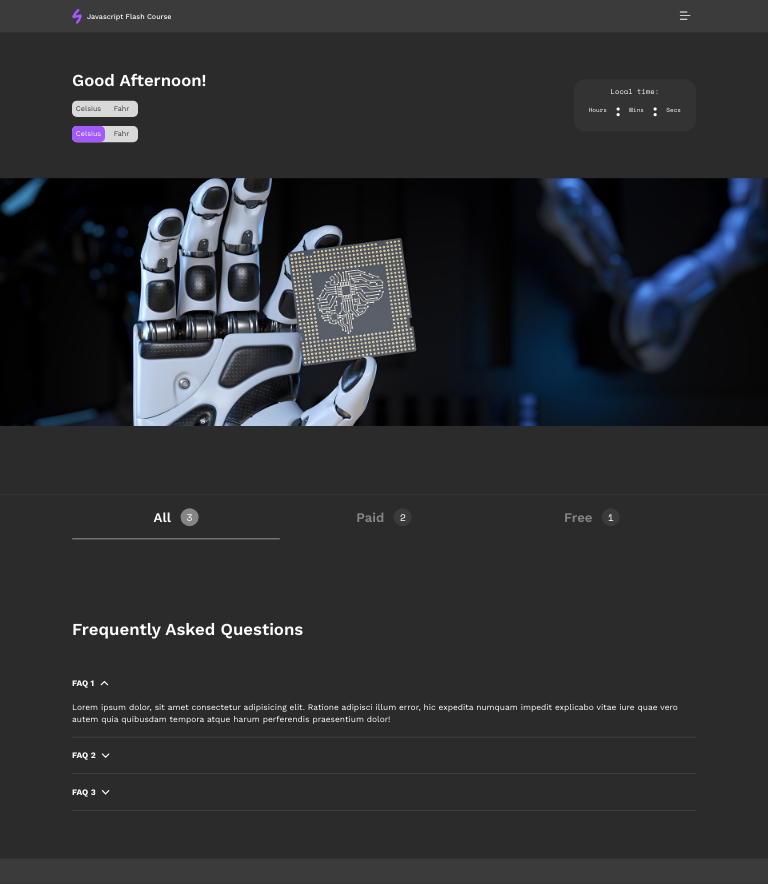
Repository: GettieSirma/JAVASCRIPT-TEST
Page: index.html
These files come from the project's save history. The page is drawn as it stood at one moment and after a run of saves; the edit follows.
The browser window is 1280 px wide. The pictures show the whole page, at 60% of full size.

Above is the page before, as saved 2024-04-26 10:57:51.
Console error: SyntaxError: Unexpected token '}'

### index.html
<!DOCTYPE html>
<html lang="en">

<head>
    <meta charset="UTF-8" />
    <meta http-equiv="X-UA-Compatible" content="IE=edge" />
    <meta name="viewport" content="width=device-width, initial-scale=1.0" />
    <title>Javascript Flash Course</title>
    <link rel="stylesheet" href="./main.css" />
    <link rel="preconnect" href="https://fonts.googleapis.com" />
    <link rel="preconnect" href="https://fonts.gstatic.com" crossorigin />
    <link href="https://fonts.googleapis.com/css2?family=Space+Mono:ital,wght@0,400;0,700;1,400;1,700&family=Work+Sans:ital,wght@0,100;0,200;0,300;0,400;0,500;0,600;0,700;0,800;0,900;1,100;1,200;1,300;1,400;1,500;1,600;1,700;1,800;1,900&display=swap" rel="stylesheet"
    />
</head>

<body>
    <header>
        <nav class="container">
            <div class="nav-left-side">
                <svg width="17" height="26" viewBox="0 0 17 26" fill="none" xmlns="http://www.w3.org/2000/svg">
                    <path
                        d="M10.309 2.90741C10.309 2.90741 4.29997 8.73841 2.526 13.9214C2.40313 14.2804 2.73267 14.6124 3.10045 14.5192L13.2394 11.9481C13.9358 11.7715 14.5723 12.3638 14.368 13.0525C12.9552 17.8149 8.62911 23.5897 8.62911 23.5897"
                        stroke="#A259FF" stroke-width="4" stroke-linecap="round" stroke-linejoin="round" />
                </svg>

                <a href="/">Javascript Flash Course</a>
            </div>

            <button id="open-nav-menu">
                <svg
                    width="24"
                    height="24"
                    viewBox="0 0 24 24"
                    fill="none"
                    xmlns="http://www.w3.org/2000/svg"
                >
                    <path
                        fill-rule="evenodd"
                        clip-rule="evenodd"
                        d="M3 12C3 11.5858 3.33579 11.25 3.75 11.25H20.25C20.6642 11.25 21 11.5858 21 12C21 12.4142 20.6642 12.75 20.25 12.75H3.75C3.33579 12.75 3 12.4142 3 12Z"
                        fill="white"
                    />
                    <path
                        fill-rule="evenodd"
                        clip-rule="evenodd"
                        d="M3 6C3 5.58579 3.33579 5.25 3.75 5.25H15C15.4142 5.25 15.75 5.58579 15.75 6C15.75 6.41421 15.4142 6.75 15 6.75H3.75C3.33579 6.75 3 6.41421 3 6Z"
                        fill="white"
                    />
                    <path
                        fill-rule="evenodd"
                        clip-rule="evenodd"
                        d="M3 18C3 17.5858 3.33579 17.25 3.75 17.25H15C15.4142 17.25 15.75 17.5858 15.75 18C15.75 18.4142 15.4142 18.75 15 18.75H3.75C3.33579 18.75 3 18.4142 3 18Z"
                        fill="white"
                    />
                </svg>
            </button>

            <div class="wrapper">
                <ul>
                    <li>
                        <button id="close-nav-menu">
                            <svg
                                width="47"
                                height="47"
                                viewBox="0 0 47 47"
                                fill="none"
                                xmlns="http://www.w3.org/2000/svg"
                            >
                                <path
                                    d="M11.7505 11.7495L35.2505 35.2495"
                                    stroke="#A259FF"
                                    stroke-width="6"
                                />
                                <path
                                    d="M35.2502 11.7502L11.7502 35.2502"
                                    stroke="#A259FF"
                                    stroke-width="6"
                                />
                            </svg>
                        </button>
                    </li>
                    <li><a href="#home">Home</a></li>
                    <li><a href="#gallery">Gallery</a></li>
                    <li><a href="#products">Products</a></li>
                    <li><a href="#faqs">FAQs</a></li>
                    <li class="socials">
                        <p>Join our community</p>

                        <div>
                            <a href="#">
                                <img src="./assets/socials/DiscordLogo.png" alt="Discord logo" />
                            </a>
                            <a href="#">
                                <img src="./assets/socials/YoutubeLogo.png" alt="Youtube logo" />
                            </a>
                            <a href="#">
                                <img src="./assets/socials/TwitterLogo.png" alt="Twitter logo" />
                            </a>
                            <a href="#">
                                <img src="./assets/socials/InstagramLogo.png" alt="Instagram logo" />
                            </a>
                        </div>
                    </li>
                </ul>
            </div>
        </nav>
    </header>

    <main>
        <section id="home" class="container greeting-section">
            <div class="left-side">
                <h1 id="greeting">Good Afternoon!</h1>
                <div id="weather"></div>

                <div class="weather-group">
                    <input type="radio" checked="true" id="celsius" name="temperature" />
                    <label for="celsius">Celsius</label>
                    <input type="radio" id="fahr" name="temperature" />
                    <label for="fahr">Fahr</label>
                </div>
                <div class="weather-group">
                    <input type="radio" checked="true" id="celsius" name="temperature" />
                    <label for="celsius">Celsius</label>
                    <input type="radio" id="fahr" name="temperature" />
                    <label for="fahr">Fahr</label>
                </div>
            </div>

            <div class="right-side">
                <p>Local time:</p>
                <div class="local-time">
                    <div class="time-holder">
                        <span data-time="hours" class="time-number"></span>
                        <span class="time-letter">Hours</span>
                    </div>
                    <span class="time-divider">:</span>
                    <div class="time-holder">
                        <span data-time="minutes" class="time-number"></span>
                        <span class="time-letter">mins</span>
                    </div>
                    <span class="time-divider">:</span>
                    <div class="time-holder">
                        <span data-time="seconds" class="time-number"></span>
                        <span class="time-letter">secs</span>
                    </div>
                </div>
            </div>
        </section>

        <section id="gallery" class="gallery-section">
            <img src="assets/gallery/image1.jpg " alt="" />

            <div class="thumbnails">

            </div>
        </section>

        <section id="products" class="container products-section">
            <div class="products-filter">
                <input type="radio" checked="true" id="all" name="products" />
                <label for="all">
            All
            <span class="product-amount">3</span>
          </label>
                <input type="radio" id="paid" name="products" />
                <label for="paid">

            Paid
            <span class="product-amount">2</span>
          </label>
                <input type="radio" id="free" name="products" />
                <label for="free">
            Free
            <span class="product-amount">1</span>
          </label>

                <span class="glider"></span>
            </div>

            <div class="products-area">

            </div>

        </section>

        <section id="faqs" class="container faqs-section">
            <h3>Frequently Asked Questions</h3>

            <details open>
                <summary>FAQ 1</summary>

                <p>
                    Lorem ipsum dolor, sit amet consectetur adipisicing elit. Ratione adipisci illum error, hic expedita numquam impedit explicabo vitae iure quae vero autem quia quibusdam tempora atque harum perferendis praesentium dolor!
                </p>
            </details>

            <details>
                <summary>FAQ 2</summary>

                <p>
                    Consequuntur earum pariatur dolorem repellat temporibus ducimus sunt suscipit repudiandae cupiditate in accusantium recusandae tempora sint eligendi, perferendis aspernatur architecto voluptas laborum adipisci neque voluptates consequatur.
                </p>
            </details>

            <details>
                <summary>FAQ 3</summary>

                <p>
                    Consequuntur earum pariatur dolorem repellat temporibus ducimus sunt suscipit repudiandae cupiditate in accusantium recusandae tempora sint eligendi, perferendis aspernatur architecto voluptas laborum adipisci neque voluptates consequatur.
                </p>
            </details>
        </section>
    </main>

    <footer></footer>

    <script>
        const weatherAPIKey = "f76693de5c51ceb886c717bf7cb2d979";
        const weatherAPIURL = `https://api.openweathermap.org/data/2.5/weather?lat={lat}&lon={lon}&appid={API key}&units=metric`;

        const galleryImages = [{
                src: "./assets/gallery/image1.jpg",
                alt: "Thumbnail Image 1"
            }, {
                src: "./assets/gallery/image2.jpg",
                alt: "Thumbnail Image 2"
            },

            {
                src: "./assets/gallery/image3.jpg",
                alt: "Thumbnail Image 3"
            }
        ];

        const products = [{
            title: "AstroFiction",
            author: "John Doe",
            price: 49.9,
            image: "./assets/products/img6.png"
        }, {
            title: "Space Odissey",
            author: "Marie Anne",
            price: 35,
            image: "./assets/products/img1.png"
        }, {
            title: "Doomed City",
            author: "Jason Cobert",
            price: 0,
            image: "./assets/products/img2.png"
        }, {
            title: "Black Dog",
            author: "John Doe",
            price: 85.35,
            image: "./assets/products/img3.png"
        }, {
            title: "My Little Robot",
            author: "Pedro Paulo",
            price: 0,
            image: "./assets/products/img5.png"
        }, {
            title: "Garden Girl",
            author: "Ankit Patel",
            price: 45,
            image: "./assets/products/img4.png"
        }];

        // Menu Section

        function menuHandler() {
            document.querySelector("#open-nav-menu").addEventListener("click", function() {
                document.querySelector("header nav .wrapper").classList.add("nav-open");
            });

            document.querySelector("#close-nav-menu").addEventListener("click", function() {
                document.querySelector("header nav .wrapper").classList.remove("nav-open");
            });
        }

        // Temperature Conversion

        function celsiusToFahr(temperature) {
            let fahr = (temperature * 9 / 5) + 32;
            return fahr;
        }

        // Greeting Section

        function greetingHandler() {
            let currentHour = new Date().getHours();
            let greetingText;

            if (currentHour < 12) {
                greetingText = "Good morning!";
            } else if (currentHour < 18) {
                greetingText = "Good afternoon!";
            } else {
                greetingText = "Good evening!";
            }

            document.querySelector("#greeting").textContent = greetingText;
        }

        // Call the greetingHandler function after the DOM has fully loaded
        document.addEventListener("DOMContentLoaded", function() {
            greetingHandler();
        });


        // Temperature Switch

        document.querySelector(".weather-group").addEventListener("click", function(e) {

        if (e.target.id == "celsius") {
            document.querySelector("p#weather").innerHTML = celsiusText;
        } else if (e.target.id == "fahr") {
            document.querySelector("p#weather").innerHTML = fahrText;
        }

        });

        }).catch((err => {
        document.querySelector("p#weather").innerHTML = "Unable to get the weather info. Try again later.";
        }));

        });
        }

        // Local Time Section
        function clockHandler() {
            setInterval(function() {
                let localTime = new Date();
                document.querySelector("span[data-time=hours]").textContent = localTime.getHours().toString().padStart(2, "0");
                document.querySelector("span[data-time=minutes]").textContent = localTime.getMinutes().toString().padStart(2, "0");
                document.querySelector("span[data-time=seconds]").textContent = localTime.getSeconds().toString().padStart(2, "0");
            }, 1000);
        }
        // Gallery Section

        function galleryHandler() {
            let mainImage = document.querySelector("#gallery > img");
            let thumbnails = document.querySelector("#gallery .thumbnails");

            mainImage.src = galleryImages[0].src;
            mainImage.alt = galleryImages[0].alt;

            galleryImages.forEach(function(image, index) {
                let thumb = document.createElement("img");
                thumb.src = image.src;
                thumb.alt = image.alt;
                thumb.dataset.arrayIndex = index;
                thumb.dataset.selected = index === 0 ? true : false;

                thumb.addEventListener("click", function(e) {
                    let selectedIndex = e.target.dataset.arrayIndex;
                    let selectedImage = galleryImages[selectedIndex];
                    mainImage.src = selectedImage.src;
                    mainImage.alt = selectedImage.alt;
                    thumbnails.querySelectorAll("img").forEach(function(img) {
                        img.dataset.selected = false;
                    });
                    e.target.dataset.selected = true;

                });

                thumbnails.appendChild(thumb);
            });
        }

        // Products Section

        function populateProducts(productList) {

            let productsSection = document.querySelector(".products-area");
            productsSection.textContent = "";

            // Run a loop through the products and create an HTML element ("product-item") for each of them
            productList.forEach(function(product, index) {

                // Create the HTML element for the individual product
                let productElm = document.createElement("div");
                productElm.classList.add("product-item");

                // Create the product image
                let productImage = document.createElement("img");
                productImage.src = product.image;
                productImage.alt = "Image for " + product.title;

                // Create the product details section
                let productDetails = document.createElement("div");
                productDetails.classList.add("product-details");

                // Create product title, author, price-title and price
                let productTitle = document.createElement("h3");
                productTitle.classList.add("product-title");
                productTitle.textContent = product.title;
                let productAuthor = document.createElement("p");
                productAuthor.classList.add("product-author");
                productAuthor.textContent = product.author;
                let priceTitle = document.createElement("p");
                priceTitle.classList.add("price-title");
                priceTitle.textContent = "Price";
                let productPrice = document.createElement("p");
                productPrice.classList.add("product-price");
                productPrice.textContent = product.price > 0 ? "$" + product.price.toFixed(2) : "Free";

                // Append the product details
                productDetails.append(productTitle);
                productDetails.append(productAuthor);
                productDetails.append(priceTitle);
                productDetails.append(productPrice);

                // Add all child HTML elements of the product
                productElm.append(productImage);
                productElm.append(productDetails);

                // Add complete individul product to the product section
                productsSection.append(productElm);

            });
        }

        function productsHandler() {

            let freeProducts = products.filter(item => !item.price || item.price <= 0);

            let paidProducts = products.filter(item => item.price > 0);

            populateProducts(products);

            document.querySelector(".products-filter label[for=all] span.product-amount").textContent = products.length;
            document.querySelector(".products-filter label[for=paid] span.product-amount").textContent = paidProducts.length;
            document.querySelector(".products-filter label[for=free] span.product-amount").textContent = freeProducts.length;

            let productsFilter = document.querySelector(".products-filter");

            productsFilter.addEventListener("click", function(e) {
                if (e.target.id === "all") {
                    populateProducts(products);
                } else if (e.target.id === "paid") {
                    populateProducts(paidProducts);
                } else if (e.target.id === "free") {
                    populateProducts(freeProducts);
                }
            });
        }

        function footerHandler() {
            let currentYear = new Date().getFullYear();
            document.querySelector("footer").textContent = `Ⓒ ${currentYear} - All rights reserved`;
        }




        // Page Load

        menuHandler();
        greetingHandler();
        weatherHandler();
        clockHandler();
        galleryHandler();
        productsHandler();
        footerHandler();
    </script>

</body>

</html>

Loaded but not shown: main.css (490 lines, source omitted)

After the next 2 saves:
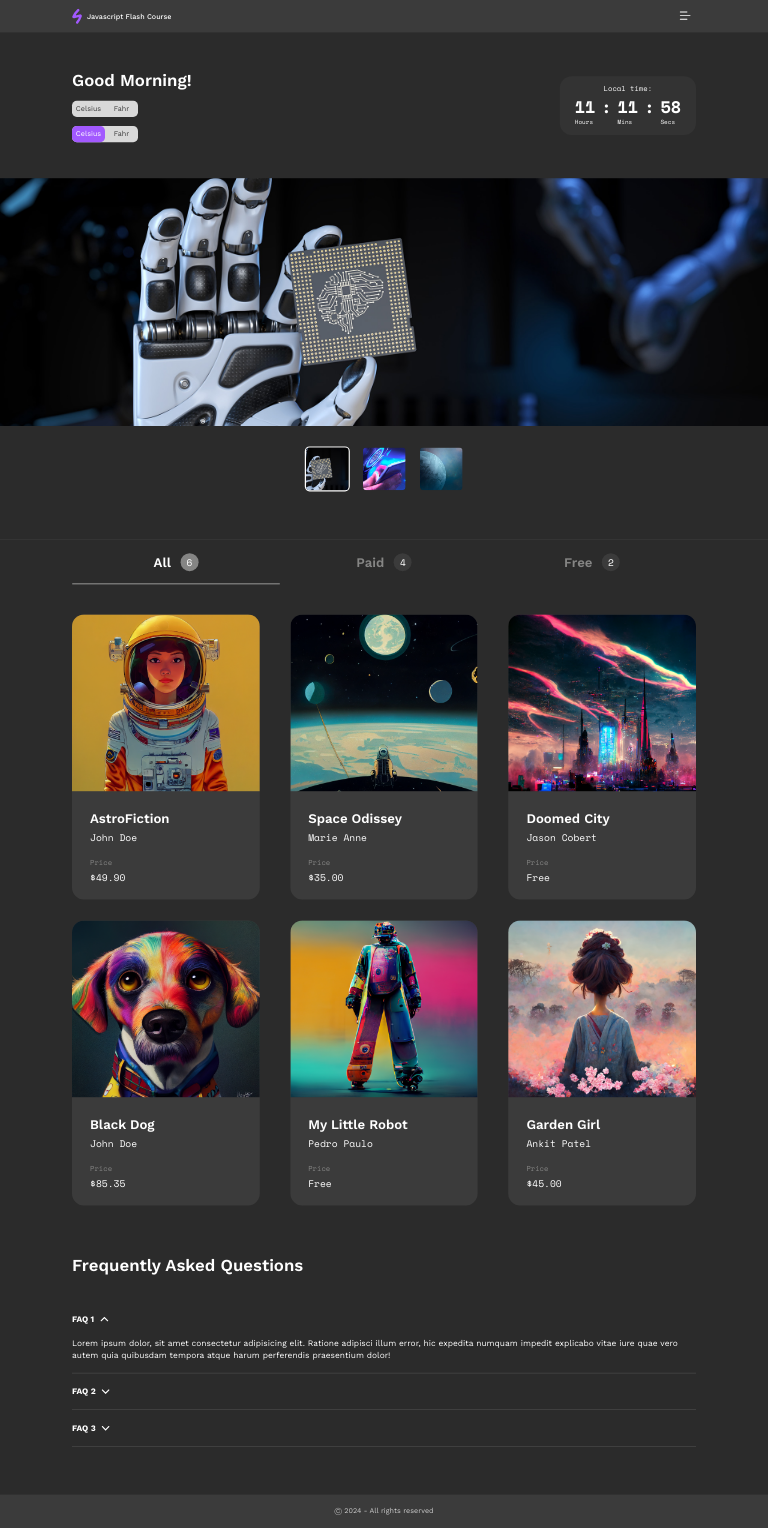
The error is gone.
The 2 saves are shown as one change because they came seconds apart.
The last was saved 6 s later.
--- a/index.html
+++ b/index.html
@@ -305,24 +305,40 @@
             greetingHandler();
         });
 
-
-        // Temperature Switch
-
-        document.querySelector(".weather-group").addEventListener("click", function(e) {
-
-        if (e.target.id == "celsius") {
-            document.querySelector("p#weather").innerHTML = celsiusText;
-        } else if (e.target.id == "fahr") {
-            document.querySelector("p#weather").innerHTML = fahrText;
-        }
-
-        });
-
-        }).catch((err => {
-        document.querySelector("p#weather").innerHTML = "Unable to get the weather info. Try again later.";
-        }));
-
-        });
+        // Weather Text
+        function weatherHandler() {
+            navigator.geolocation.getCurrentPosition(position => {
+                let latitude = position.coords.latitude;
+                let longitude = position.coords.longitude;
+                let url = weatherAPIURL
+                    .replace("{lat}", latitude)
+                    .replace("{lon}", longitude)
+                    .replace("{API key}", weatherAPIKey);
+                fetch(url)
+                    .then(response => response.json())
+                    .then(data => {
+                        const condition = data.weather[0].description;
+                        const location = data.name;
+                        const temperature = data.main.temp;
+
+                        let celsiusText = `The weather is ${condition} in ${location} and it's ${temperature.toFixed(1)}°C outside.`;
+                        let fahrText = `The weather is ${condition} in ${location} and it's ${celsiusToFahr(temperature).toFixed(1)}°F outside.`;
+
+                        document.querySelector("#weather").innerHTML = celsiusText;
+
+                        // Temperature Switch
+                        document.querySelector(".weather-group").addEventListener("click", function(e) {
+                            if (e.target.id == "celsius") {
+                                document.querySelector("#weather").innerHTML = celsiusText;
+                            } else if (e.target.id == "fahr") {
+                                document.querySelector("#weather").innerHTML = fahrText;
+                            }
+                        });
+                    })
+                    .catch((err => {
+                        document.querySelector("#weather").innerHTML = "Unable to get the weather info. Try again later.";
+                    }));
+            });
         }
 
         // Local Time Section
